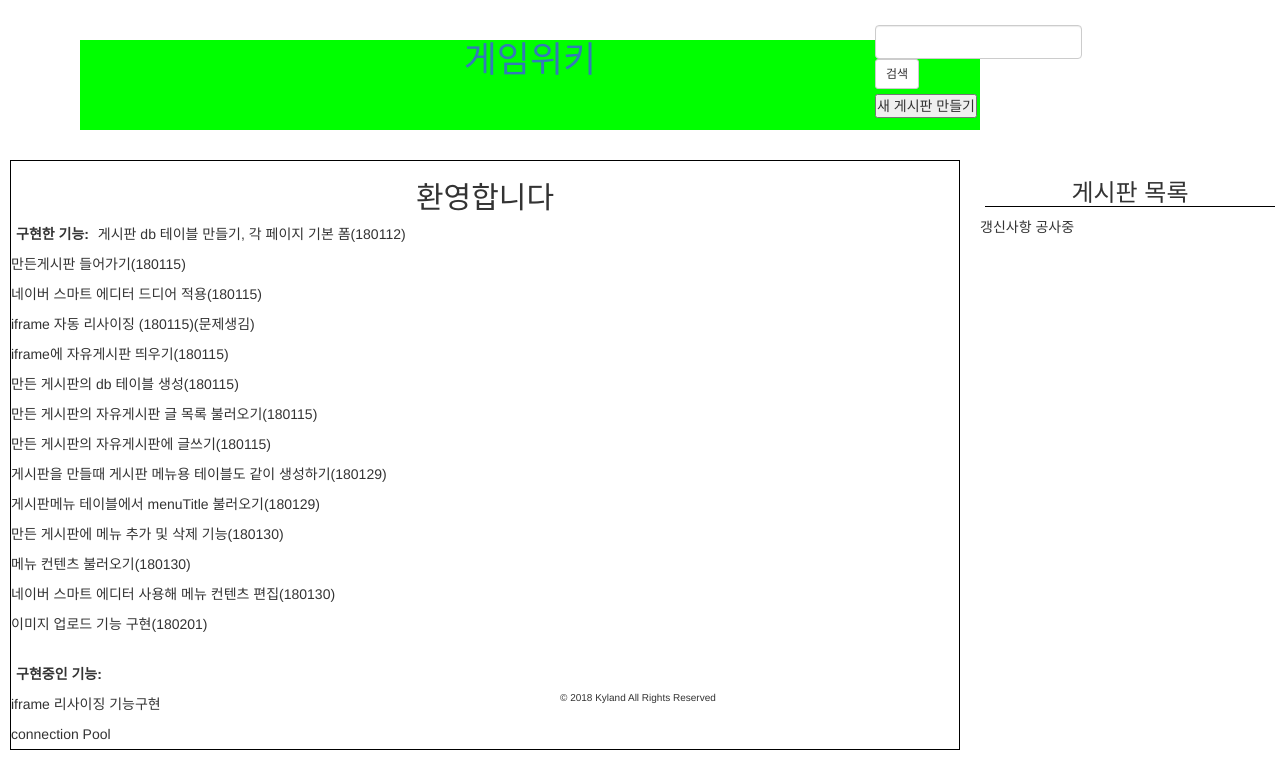
Repository: sithslord/GameWiki
Page: http://localhost/JSPBoard/MainPage/Main.jsp
The author's editor kept a copy of each file at every save. The page is drawn from the files as they stood at one save, then again after the next save.
The browser window is 1280 px wide. The page is 1285 px wide, so the pictures cover 1285 px, including what lies to the right of the window. The pictures show the whole page.
An inner scrolling area shows only its first screen. The page is served by Tomcat 9. Other server files are loaded and not shown.

Above is the page before, as saved 2018-02-05 03:05:13.

### ReWork/JSPBoard/WebContent/MainPage/Main.jsp
<%@ page language="java" contentType="text/html; charset=EUC-KR"
    pageEncoding="EUC-KR"%>
<%@ taglib prefix="c" uri="http://java.sun.com/jsp/jstl/core" %>

<!DOCTYPE html PUBLIC "-//W3C//DTD HTML 4.01 Transitional//EN" "http://www.w3.org/TR/html4/loose.dtd">
<html>
<head>
<meta http-equiv="Content-Type" content="text/html; charset=EUC-KR">
<title>게임 위키</title>
<link rel="stylesheet" href="../css/bootstrap.css">
<style type="text/css">

*{
	margin: 5px;
	padding: 0;
}

body{
	width: 1280px;
	margin: 0 auto;
}

#banner h1{
	background: lime;
	float: left;
	width: 900px;
	height: 90px;
	text-align: center;
}

#banner form{
	float: right;
}

#info{
	float: left;
	width: 950px;
	height: 590px;
	border: 1px solid black;
	overflow: scroll;
	}



#news{
	float: right;
	width: 300px;
	height: auto;
}

#news h3{
	border-bottom: 1px solid black;
}

#footer{

	position: absolute;
	bottom: 0;
	text-align: center !important;

}

#copyright{
	font-size: 10px;
	margin-left: 550px;
}

.hyper{
	link{text-decoration:none; color:black;}
	visitied{text-decoration:none; color:black;}
	action{text-decoration:none; color:black;}
	hover{text-decoration:none; color:black;}
}



</style>
</head>
<body>
<div class="container">
<div class="row">
	<div id="banner" class="col-sm-8">
		<a class="hyper" href="main.do"><h1>게임위키</h1></a>
		</div>
		<div id="srch" class="col-sm-3">
		<form action="search" method="post" class="form-inline">
			<input type="text" name="srch" class="form-control">
			<input type="submit" class="btn btn-default btn-sm" value="검색">
		</form>

		<form action="makeboard.do" method="post">
			<input type="submit" value="새 게시판 만들기">
		</form>
		</div>
	</div>
	</div>

	<div id="info">
		<h2 align="center">환영합니다</h2>

		<p><strong>구현한 기능:</strong> 게시판 db 테이블 만들기, 각 페이지 기본 폼(180112)</p>
		<p>만든게시판 들어가기(180115)</p>
		<p>네이버 스마트 에디터 드디어 적용(180115)</p>
		<p>iframe 자동 리사이징 (180115)(문제생김)</p>
		<p>iframe에 자유게시판 띄우기(180115)</p>
		<p>만든 게시판의 db 테이블 생성(180115)</p>
		<p>만든 게시판의 자유게시판 글 목록 불러오기(180115)</p>
		<p>만든 게시판의 자유게시판에 글쓰기(180115)</p>
		<p>게시판을 만들때 게시판 메뉴용 테이블도 같이 생성하기(180129)</p>
		<p>게시판메뉴 테이블에서 menuTitle 불러오기(180129)</p>
		<p>만든 게시판에 메뉴 추가 및 삭제 기능(180130)</p>
		<p>메뉴 컨텐츠 불러오기(180130)</p>
		<p>네이버 스마트 에디터 사용해 메뉴 컨텐츠 편집(180130)</p>
		<p>이미지 업로드 기능 구현(180201)</p>

		</br>
		<p><strong>구현중인 기능:</strong></p>
		<p>iframe 리사이징 기능구현</p>
		<p>connection Pool</p>
		<p>검색기능</p>
		</br>

		<p><strong>문제:</strong> crate테이블 작동안함(테이블 이름에 ' ' 가 입력되어 쿼리 오류)...(180117)(해결)</p>
		<p>해결방법 = String 쿼리를 나눠서 나중에 합쳐서 입력</p>
		<p>한글 입력이 ??? 로 표시(180117) ->해결(180118)</p>
		<p>모든 jsp페이지를 euc-kr로 인코딩= 실패</p>
		<p>mysql 모든 인코딩을 euc-kr로 바꿈 = 실패</p>
		<p>원인=get방식때문 /해결방법=톰캣 server.xml에서 connector에 URIEncoding="EUC-KR"추가해줌 </p>
		<p>iframe자동 리사이징 작동불가(임시방편으로 스크롤로 대체)</p>
		<p>업로드한 이미지가 화면을 벗어나는 현상(해결)</p>
		</br>

		<p><strong>보류중인 기능:</strong> 로그인</p>


	</div>

	<div id="news">
		<h3 align="center">게시판 목록</h3>
		<c:forEach items="${news }" var="dto">
			<p><a href="board_view.do?bdId=${dto.bdId }&bdTitle=${dto.bdTitle }">${dto.bdTitle }</a></p>
		</c:forEach>

		<p>갱신사항 공사중</p>
	</div>

	<div id="footer">


		<p id="copyright">&copy; 2018 Kyland All Rights Reserved </p>

	</div>
	</div>



</body>
</html>

Loaded but not shown: ReWork/JSPBoard/WebContent/css/bootstrap.css (library)

After the next save:
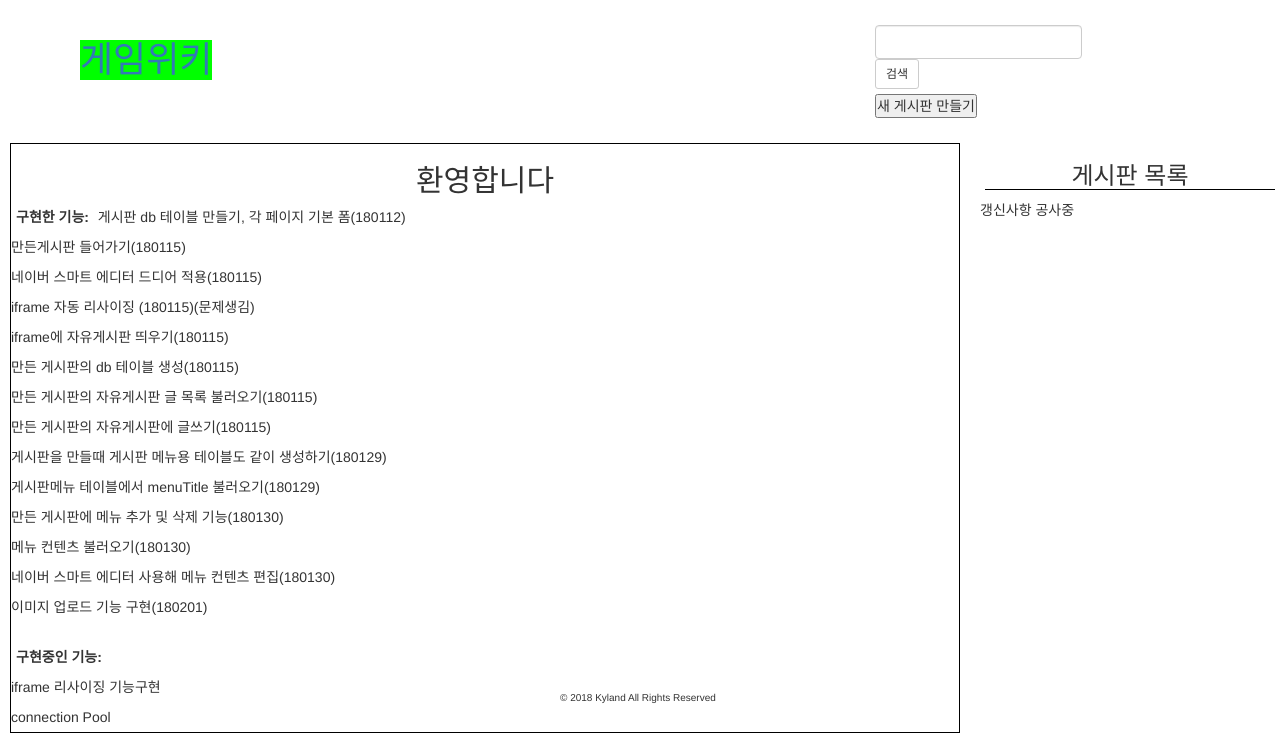
Saved 35 s later.
--- a/ReWork/JSPBoard/WebContent/MainPage/Main.jsp
+++ b/ReWork/JSPBoard/WebContent/MainPage/Main.jsp
@@ -23,8 +23,6 @@ body{
 #banner h1{
 	background: lime;
 	float: left;
-	width: 900px;
-	height: 90px;
 	text-align: center;
 }
 
